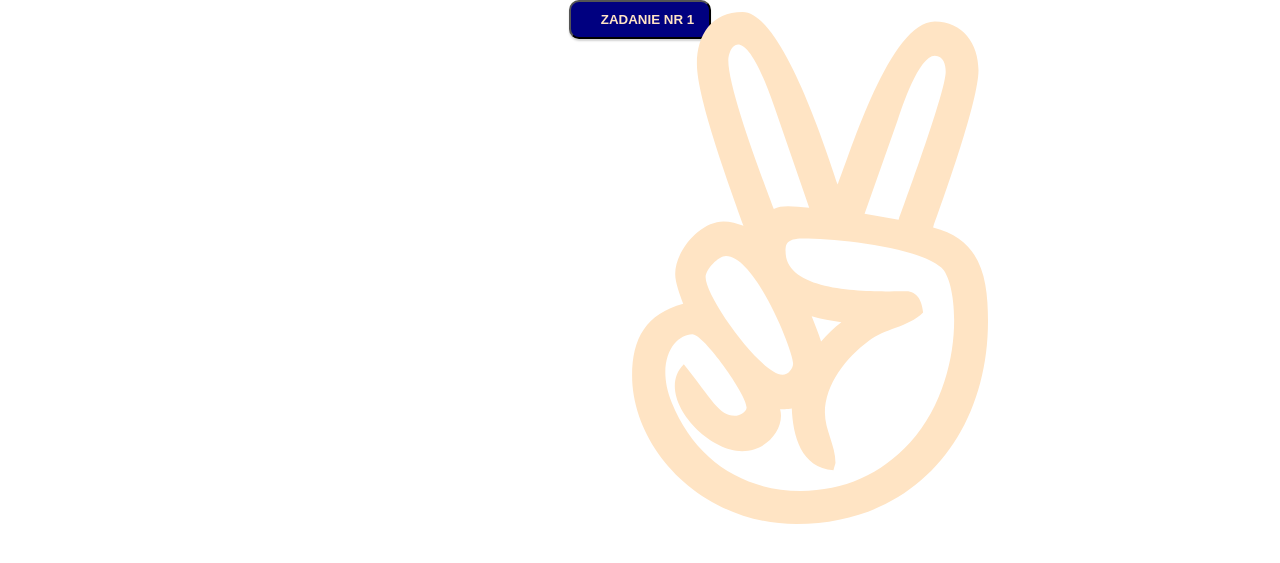
Repository: KrzysKolo/sr_tydzien3_zad_1_2_3
Page: /
The author's editor kept a copy of each file at every save. The page is drawn from the files as they stood at one save, then again after a run of saves.
The browser window is 1280 px wide. The pictures show the whole page.
The project was rebuilt for these pictures with package versions that can differ from the ones it lists, and the page was loaded fresh each time.

Above is the page before, as saved 2020-11-02 15:13:03.

### src/App.js
import React,  { Component } from 'react';
import Button from './components/Form/Button';
import { FontAwesomeIcon } from '@fortawesome/react-fontawesome';
import { faThumbsUp } from "@fortawesome/free-solid-svg-icons";
import './App.css';


class App extends Component {
  state = {  }

  render() {

    return (
      <div className="app">
        <Button  bgColor="navy" color="bisque" label="Zadanie nr 1"/>

      </div>
     );
  }
}

export default App;

### src/components/Form/Button.js
import React from 'react';
import styled from 'styled-components';
import { FontAwesomeIcon } from '@fortawesome/react-fontawesome';
import { faAngellist } from '@fortawesome/free-brands-svg-icons';

const Button = ({label, color, bgColor, icon}) => {

    console.log(color);
    const Button = styled.button`
    padding: 10px 15px;
    border-radius: 10px;
    outline: 0;
    text-transform: uppercase;
    cursor: pointer;
    box-shadow: 0px 2px 2px lightgray;
    transition: ease background-color, color 0.6s;
    font-weight: bold;
    color: ${[color]};
    background-color: ${[bgColor]};
    &:hover {
        background-color: ${[color]};
        color: ${[bgColor]};
    }
    `;

    const styles = {
        paddingRight: 15,
    }


    return (

        <div>
            <Button >
                <FontAwesomeIcon style={styles} icon={icon} />{label}
            </Button>
        </div>
     );
}
Button.defaultProps = {
    bgColor: "#1B1464",
    color: "#FFC312",
    label: "Click me",
    icon: faAngellist,
}

export default Button;

### src/App.css
* {
  padding: 0;
  margin: 0;
  box-sizing: border-box;
}
.app {
  display: flex;
  flex-direction: column;
  justify-content: center;
  align-items: center;
}

Loaded but not shown: public/index.html (common file); src/index.js (common file); src/index.css (common file)

After the next 2 saves:
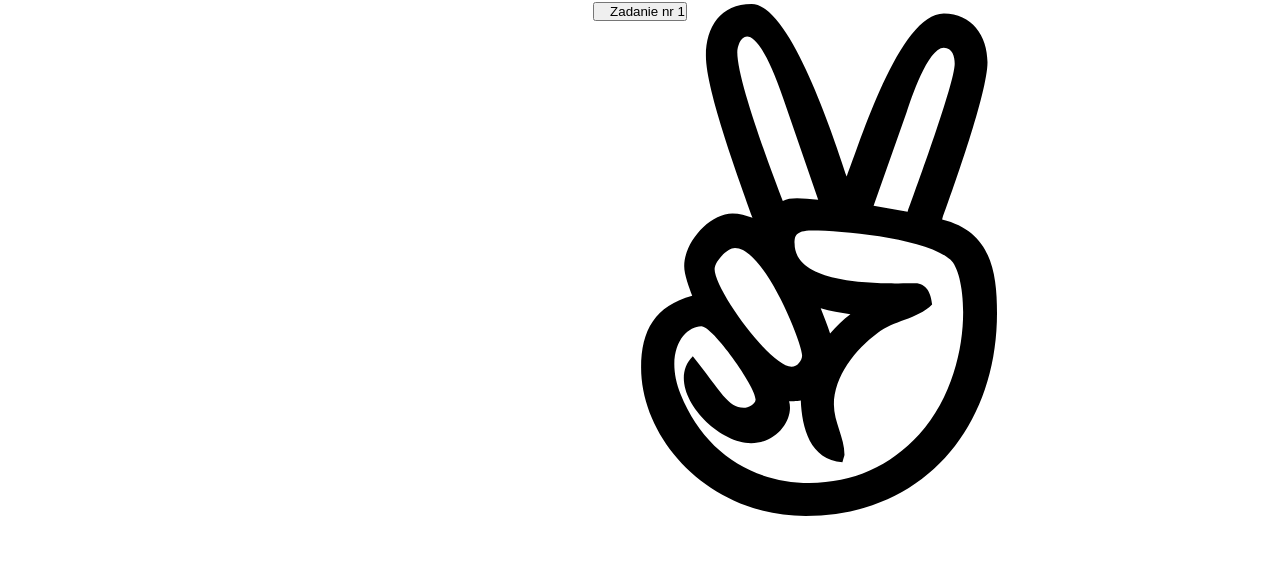
The 2 saves are shown as one change because 1 did not build or start.
The last was saved 75 s later.
--- a/src/components/Form/Button.js
+++ b/src/components/Form/Button.js
@@ -6,7 +6,7 @@
 const Button = ({label, color, bgColor, icon}) => {
 
     console.log(color);
-    const Button = styled.button`
+    const button = styled.button`
     padding: 10px 15px;
     border-radius: 10px;
     outline: 0;
@@ -31,9 +31,9 @@
     return (
 
         <div>
-            <Button >
+            <button >
                 <FontAwesomeIcon style={styles} icon={icon} />{label}
-            </Button>
+            </button>
         </div>
      );
 }

After the save that followed:
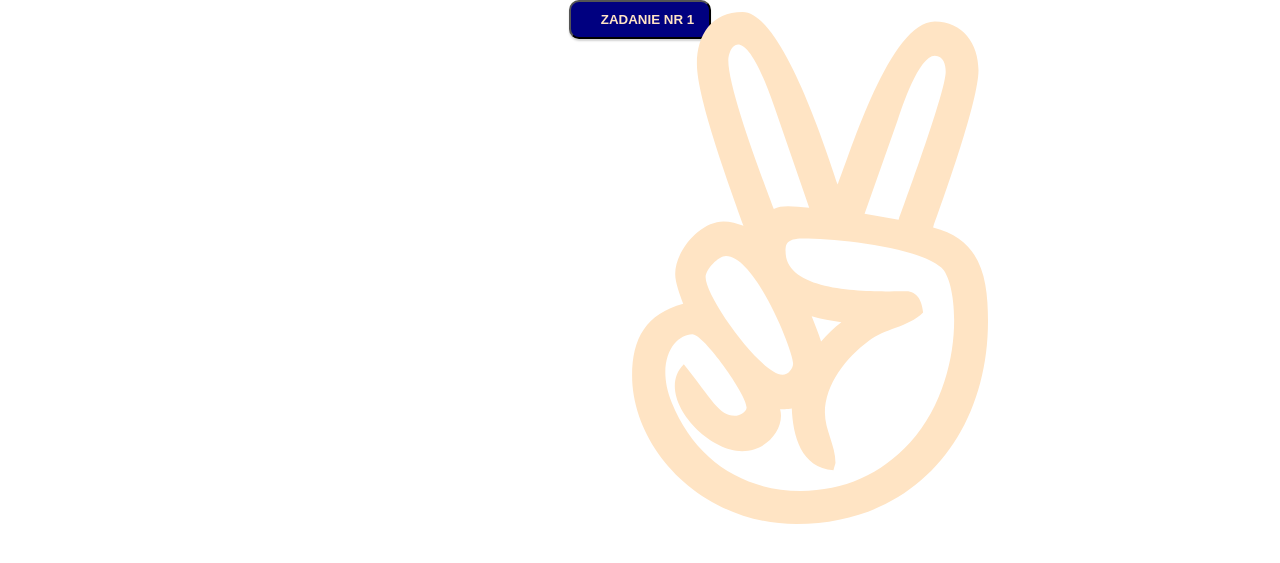
Saved 37 s later.
--- a/src/components/Form/Button.js
+++ b/src/components/Form/Button.js
@@ -6,7 +6,7 @@
 const Button = ({label, color, bgColor, icon}) => {
 
     console.log(color);
-    const button = styled.button`
+    const Button = styled.button`
     padding: 10px 15px;
     border-radius: 10px;
     outline: 0;
@@ -31,9 +31,9 @@
     return (
 
         <div>
-            <button >
+            <Button >
                 <FontAwesomeIcon style={styles} icon={icon} />{label}
-            </button>
+            </Button>
         </div>
      );
 }
